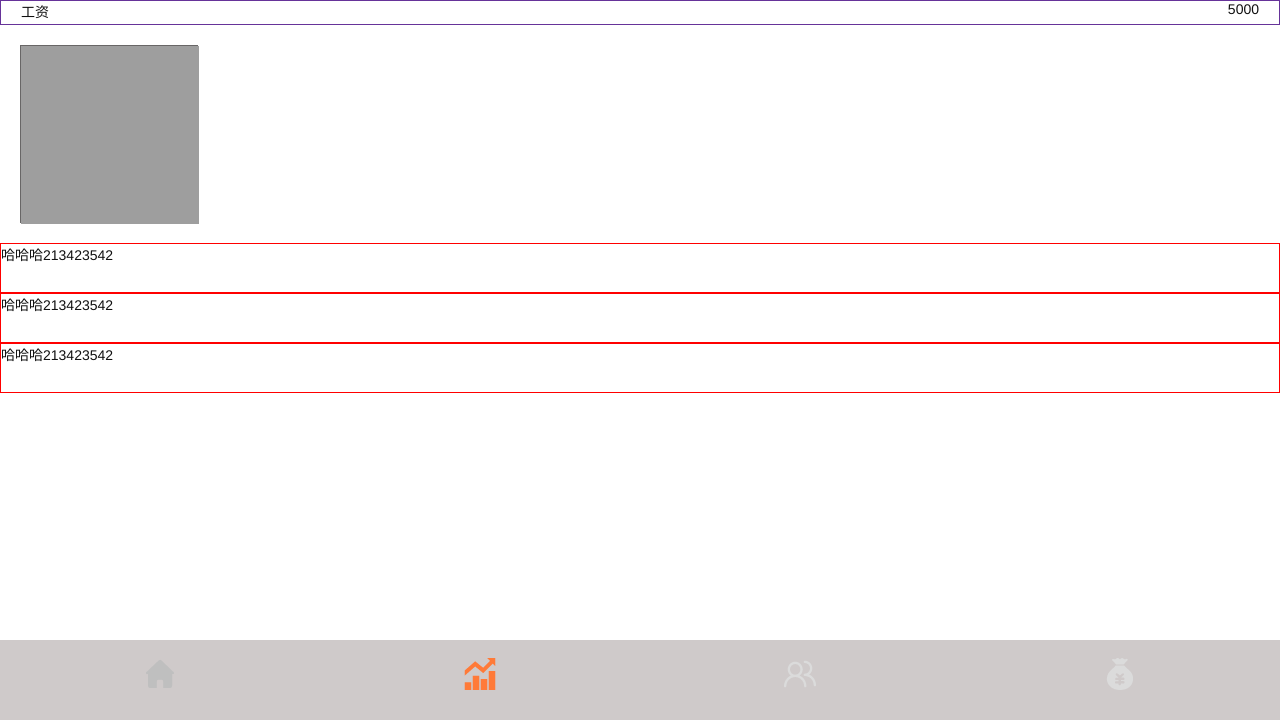
Repository: panlin520-team/lnmj-staffH5
Page: /#/salary
These files come from the project's save history. The page is drawn as it stood at one moment and after a run of saves; the edit follows.
The browser window is 1280 px wide. The pictures show the whole page.
Pictures or frames that could not be fetched are drawn as grey boxes. The project was rebuilt for these pictures with package versions that can differ from the ones it lists, and the page was loaded fresh each time. Also part of the build but not shown: src/views/Lojin.vue.

Above is the page before, as saved 2020-04-09 16:16:52.

After the next 2 saves:
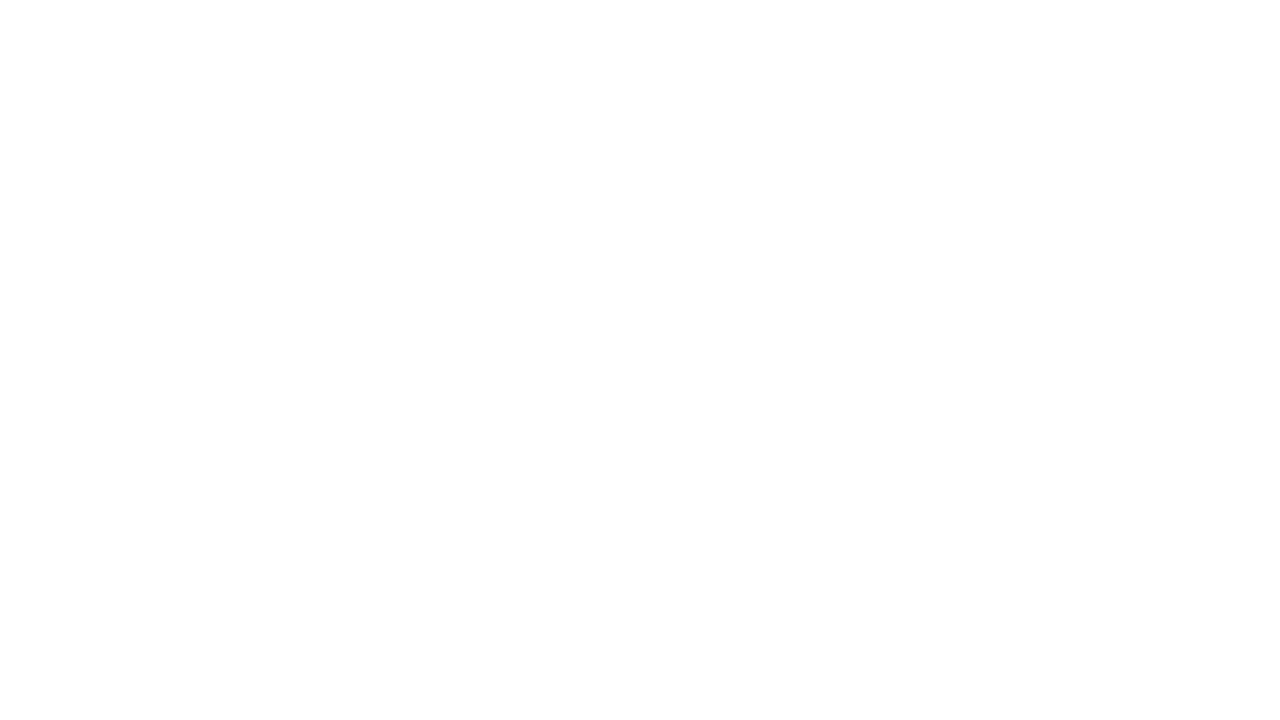
The 2 saves are shown as one change because they came seconds apart.
The last was saved 67 s later.
--- a/src/views/Salary.vue
+++ b/src/views/Salary.vue
@@ -24,6 +24,7 @@
       <div class="wwwobjext" v-for="item in dataondter" :key="item.id">
         <label>{{item.name}}</label>
         <span>{{item.number}}</span>
+        <router-link :to="{ path: operate.path }">{{operate.name}}</router-link>
       </div>
     </div>
 
@@ -52,14 +53,14 @@
           name: "哈哈哈",
           number: "213423542"
         },
-         {
+        {
           name: "哈哈哈",
           number: "213423542"
         },
-         {
+        {
           name: "哈哈哈",
           number: "213423542"
-        },
+        }
       ]
     };
   },

After the 2 saves that followed:
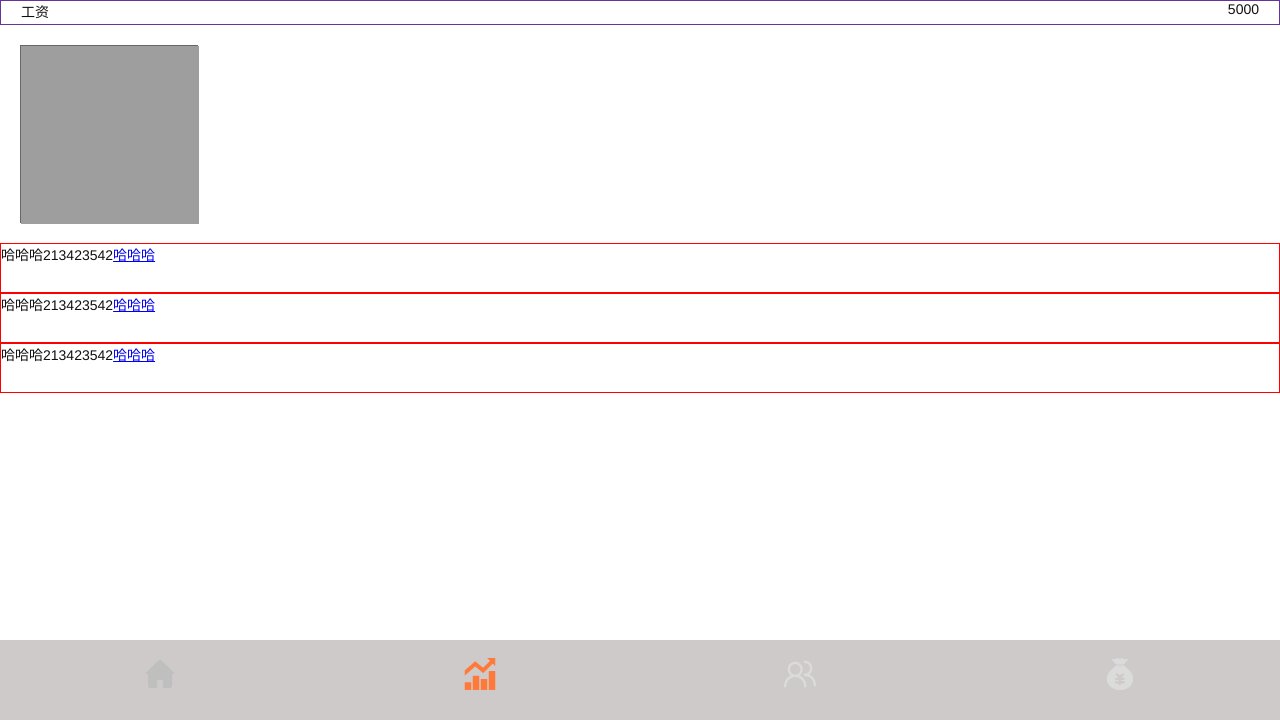
The 2 saves are shown as one change because 1 left the picture as it was.
The last was saved 17 s later.
--- a/src/views/Salary.vue
+++ b/src/views/Salary.vue
@@ -24,7 +24,7 @@
       <div class="wwwobjext" v-for="item in dataondter" :key="item.id">
         <label>{{item.name}}</label>
         <span>{{item.number}}</span>
-        <router-link :to="{ path: operate.path }">{{operate.name}}</router-link>
+        <router-link :to="{ path: item.path }">{{item.name}}</router-link>
       </div>
     </div>
 
